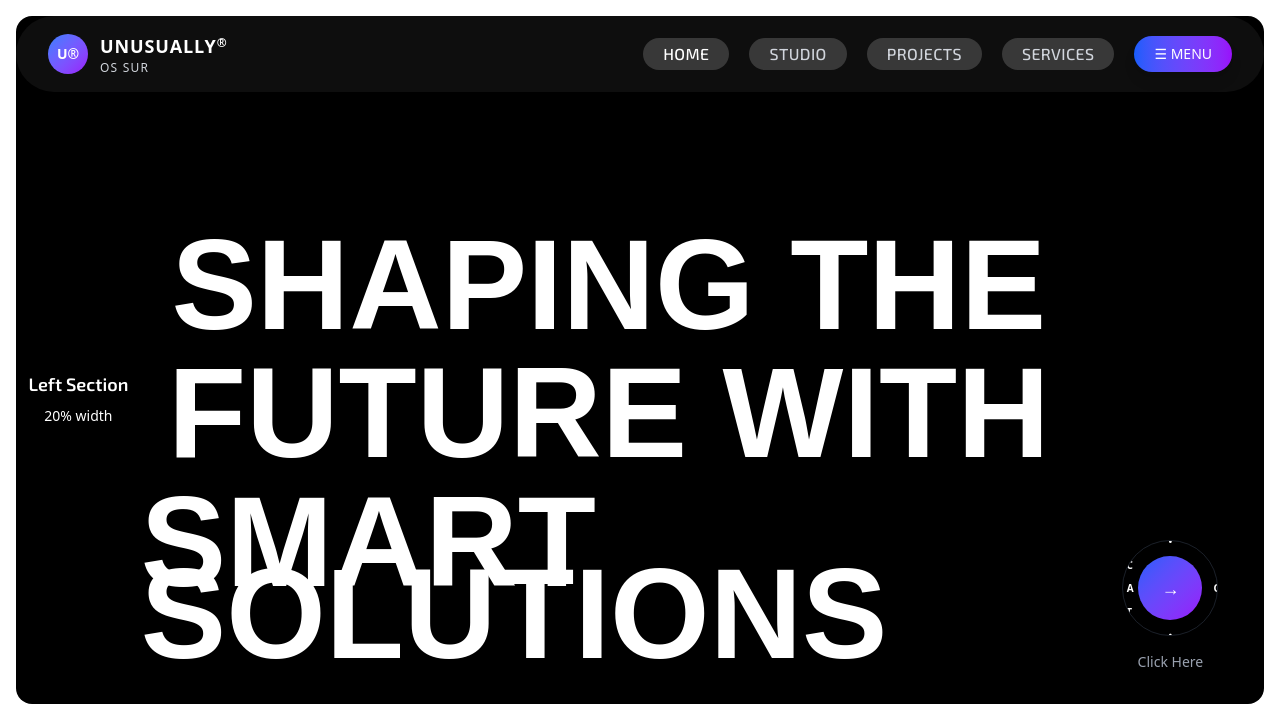
Repository: A-y-u-s-h-29/Digital-Express-India-With-Carrer-Page-And-RazorPay
Page: / (app in op/)
The author's editor kept a copy of each file at every save. The page is drawn from the files as they stood at one save, then again after the next save.
The browser window is 1280 px wide. The pictures show the whole page.
Some web fonts or font styles are not loaded; a fallback is used. The project was rebuilt for these pictures with package versions that can differ from the ones it lists, and the page was loaded fresh each time. Also part of the build but not shown: op/vite.config.js.

Above is the page before, as saved 2025-12-04 14:57:41.

### op/index.html
<!doctype html>
<html lang="en">
  <head>
    <meta charset="UTF-8" />
    <link rel="icon" type="image/svg+xml" href="/vite.svg" />
    <meta name="viewport" content="width=device-width, initial-scale=1.0" />
    <link rel="preconnect" href="https://fonts.googleapis.com">
<link rel="preconnect" href="https://fonts.gstatic.com" crossorigin>
<link href="https://fonts.googleapis.com/css2?family=Alan+Sans:wght@300..900&family=Big+Shoulders:opsz,wght@10..72,100..900&family=Exo+2:ital,wght@0,100..900;1,100..900&family=Montserrat:ital,wght@0,100..900;1,100..900&family=Orbitron:wght@400..900&family=Poppins:ital,wght@0,100;0,200;0,300;0,400;0,500;0,600;0,700;0,800;0,900;1,100;1,200;1,300;1,400;1,500;1,600;1,700;1,800;1,900&family=Rajdhani:wght@300;400;500;600;700&display=swap" rel="stylesheet">
<link rel="preconnect" href="https://fonts.googleapis.com">
<link rel="preconnect" href="https://fonts.gstatic.com" crossorigin>
<link href="https://fonts.googleapis.com/css2?family=Alan+Sans:wght@300..900&family=Big+Shoulders:opsz,wght@10..72,100..900&family=Exo+2:ital,wght@0,100..900;1,100..900&family=Montserrat:ital,wght@0,100..900;1,100..900&family=Orbitron:wght@400..900&family=Poppins:ital,wght@0,100;0,200;0,300;0,400;0,500;0,600;0,700;0,800;0,900;1,100;1,200;1,300;1,400;1,500;1,600;1,700;1,800;1,900&family=Rajdhani:wght@300;400;500;600;700&display=swap" rel="stylesheet">
    <title>op</title>
  </head>
  <body>
    <div id="root"></div>
    <script type="module" src="/src/main.jsx"></script>
  </body>
</html>

### op/src/index.css
@import "tailwindcss";
*{
  box-sizing: border-box;
}
.big {
  font-family: "Big Shoulders", sans-serif;

  font-style: normal;
}
.exo {
  font-family: "Exo 2", sans-serif;

  font-style: normal;
}

### op/src/App.jsx
import React from 'react'
import Home from './components/Home'

function App() {
  return (
   <>
   <Home/>


   </>
  )
}

export default App

### op/src/components/Home.jsx
import React from "react";
import Navbar from "./Navbar";

function Home() {


  return (
    <div className="w-full max-h-screen lg:h-[120vh]  lg:py-4 lg:px-4 ">
      <div
        className="rounded-b-4xl lg:rounded-2xl w-full h-full  flex flex-col relative overflow-hidden bg-black"

      >


        {/* Transparent Navbar */}
        <div className="relative z-20">
          <Navbar />
        </div>

        {/* Three Column Layout */}
        <div className="flex flex-1 relative z-10 text-white ">
          {/* Left Column - 20% width */}
          <div className="w-[10%] flex items-center justify-center">
            <div className="text-white text-center">
              <p className="exo font-semibold text-lg">Left Section</p>
              <p className="text-sm mt-2">20% width</p>
            </div>
          </div>

          {/* Middle Column - 60% width */}
         <div className="w-[75%] flex flex-col justify-center items-center big">
  <div className=" w-full h-full flex flex-col">

    {/* Top Row - 40% height */}
    <div className="h-[40%] flex items-end justify-center pb-4 ">
      <h1 className="text-5xl md:text-9xl leading-tight md:leading-[4.5rem]  font-bold text-white drop-shadow-2xl">
       SHAPING THE
      </h1>
    </div>

    {/* Middle Row - 30% height */}
    <div className="h-[25%] flex items-center justify-center ">
       <h1 className="text-5xl md:text-9xl leading-tight lg:leading-[4.5rem]  font-bold text-white drop-shadow-2xl">
    FUTURE WITH
      </h1>
    </div>

    {/* Bottom Row - 30% height */}
    <div className="h-[35%] flex items-start justify-center pt-4">
      <h1 className="text-5xl md:text-9xl leading-tight lg:leading-[4.5rem]  font-bold text-white drop-shadow-2xl">
      SMART SOLUTIONS
      </h1>
    </div>

  </div>
</div>
          {/* Right Column - 20% width */}
         <div className="w-[15%] flex items-end justify-center pb-8">
  {/* Simple Circular Text Rotate Button */}
  <div className="relative">
    {/* Circular Text Container */}
    <div className="w-24 h-24 rounded-full border border-gray-700/50 overflow-hidden relative group cursor-pointer hover:border-blue-500/50 transition-all duration-500">

      {/* Rotating Text Circle */}
      <div className="absolute inset-0 animate-spin-slow">
        {/* Text arranged in circle */}
        <div className="relative w-full h-full">
          <span className="text-white text-[10px] font-bold absolute top-0 left-1/2 transform -translate-x-1/2 -translate-y-1/2">•</span>
          <span className="text-white text-[10px] font-bold absolute top-1/4 left-full transform -translate-x-1/2 -translate-y-1/2">C</span>
          <span className="text-white text-[10px] font-bold absolute top-1/2 left-full transform -translate-x-1/2 -translate-y-1/2">O</span>
          <span className="text-white text-[10px] font-bold absolute top-3/4 left-full transform -translate-x-1/2 -translate-y-1/2">N</span>
          <span className="text-white text-[10px] font-bold absolute bottom-0 left-1/2 transform -translate-x-1/2 translate-y-1/2">•</span>
          <span className="text-white text-[10px] font-bold absolute top-3/4 left-0 transform translate-x-1/2 -translate-y-1/2">T</span>
          <span className="text-white text-[10px] font-bold absolute top-1/2 left-0 transform translate-x-1/2 -translate-y-1/2">A</span>
          <span className="text-white text-[10px] font-bold absolute top-1/4 left-0 transform translate-x-1/2 -translate-y-1/2">C</span>
        </div>
      </div>

      {/* Center Circle */}
      <div className="absolute inset-0 flex items-center justify-center">
        <div className="w-16 h-16 rounded-full bg-gradient-to-br from-blue-600 to-purple-600 flex items-center justify-center group-hover:from-blue-700 group-hover:to-purple-700 transition-all duration-300">
          <span className="text-white font-bold text-lg">→</span>
        </div>
      </div>
    </div>

    {/* Label Below */}
    <div className="text-center mt-4">
      <p className="text-gray-400 text-sm">Click Here</p>
    </div>
  </div>
</div>
        </div>


      </div>
    </div>
  );
}

export default Home;

### op/src/components/Navbar.jsx
import React, { useState, useRef, useEffect } from 'react';
import { gsap } from 'gsap';

function Navbar({ isHomePage = false }) {
  const [isMenuOpen, setIsMenuOpen] = useState(false);
  const menuOverlayRef = useRef(null);
  const mobileMenuRef = useRef(null);

  // Menu items data for the menu overlay
  const menuOverlayItems = [
    { title: 'HOME', number: '01' },
    { title: 'ABOUT', number: '02' },
    { title: 'PROJECTS', number: '03' },
    { title: 'SERVICES', number: '04' },

  ];

  // Menu items for navbar links
  const navMenuItems = [
    { title: 'HOME', color: 'from-blue-500 to-cyan-400' },
    { title: 'STUDIO', color: 'from-purple-500 to-pink-500' },
    { title: 'PROJECTS', color: 'from-green-500 to-emerald-400' },
    { title: 'SERVICES', color: 'from-yellow-500 to-orange-500' },
    { title: 'ABOUT', color: 'from-red-500 to-rose-400' },
    { title: 'CONTACT', color: 'from-indigo-500 to-blue-400' },
  ];

  // Initialize menu as hidden
  useEffect(() => {
    if (menuOverlayRef.current) {
      menuOverlayRef.current.style.display = 'none';
    }
  }, []);

  const handleMenuClick = () => {
    const wasOpen = isMenuOpen;
    setIsMenuOpen(!wasOpen);

    if (!wasOpen) {
      // OPEN MENU ANIMATION - bottom-right से slide in
      if (menuOverlayRef.current) {
        menuOverlayRef.current.style.display = 'flex';

        // Get the menu container
        const menuContainer = menuOverlayRef.current.querySelector('.relative');

        if (menuContainer) {
          // Initial position - off screen bottom-right
          gsap.set(menuContainer, {
            x: '100%',
            y: '100%',
            opacity: 0,
            scale: 0.9,
            transformOrigin: 'bottom right'
          });

          // Animate to position
          gsap.to(menuContainer, {
            x: 0,
            y: 0,
            opacity: 1,
            scale: 1,
            duration: 0.8,
            ease: 'expo.out'
          });

          // Background fade in
          gsap.fromTo(menuOverlayRef.current,
            { opacity: 0 },
            { opacity: 1, duration: 0.4 }
          );

          // Menu items animation (from bottom)
          const menuItems = menuContainer.querySelectorAll('.menu-item');
          gsap.fromTo(menuItems,
            {
              opacity: 0,
              y: 40
            },
            {
              opacity: 1,
              y: 0,
              duration: 0.6,
              stagger: 0.1,
              delay: 0.3,
              ease: 'power3.out'
            }
          );

          // Close button animation
          const closeBtn = menuContainer.querySelector('.close-btn');
          if (closeBtn) {
            gsap.fromTo(closeBtn,
              { opacity: 0, rotation: -45 },
              { opacity: 1, rotation: 0, duration: 0.5, delay: 0.8 }
            );
          }
        }
      }

      // Mobile menu animation
      if (mobileMenuRef.current) {
        gsap.fromTo(
          mobileMenuRef.current,
          { height: 0, opacity: 0 },
          { height: 'auto', opacity: 1, duration: 0.4 }
        );
      }
    } else {
      // CLOSE MENU ANIMATION - bottom-right को slide out
      if (menuOverlayRef.current) {
        const menuContainer = menuOverlayRef.current.querySelector('.relative');

        if (menuContainer) {
          // Menu items exit
          const menuItems = menuContainer.querySelectorAll('.menu-item');
          gsap.to(menuItems,
            {
              opacity: 0,
              y: 20,
              duration: 0.3,
              stagger: 0.05,
              ease: 'power2.in'
            }
          );

          // Close button exit
          const closeBtn = menuContainer.querySelector('.close-btn');
          if (closeBtn) {
            gsap.to(closeBtn, {
              opacity: 0,
              rotation: 45,
              duration: 0.3
            });
          }

          // Menu container slide out to bottom-right
          gsap.to(menuContainer, {
            x: '100%',
            y: '100%',
            opacity: 0,
            scale: 0.9,
            duration: 0.6,
            ease: 'expo.in',
            onComplete: () => {
              if (menuOverlayRef.current) {
                menuOverlayRef.current.style.display = 'none';
              }
            }
          });

          // Background fade out
          gsap.to(menuOverlayRef.current, {
            opacity: 0,
            duration: 0.4
          });
        }
      }

      // Mobile menu exit animation
      if (mobileMenuRef.current) {
        gsap.to(mobileMenuRef.current, {
          height: 0,
          opacity: 0,
          duration: 0.3
        });
      }
    }
  };

  return (
    <>
      {/* Main Navbar */}
      <nav
        className={`w-full px-6 py-4 lg:px-8 lg:py-4 ${isHomePage ? 'bg-transparent' : 'bg-[#0E0E0E]'} rounded-full relative z-50`}
      >
        <div className="flex items-center justify-between">
          {/* Logo/Brand Section */}
          <div className="flex items-center">
            <div className="w-10 h-10 rounded-full bg-gradient-to-br from-blue-500 to-purple-600 flex items-center justify-center mr-3">
              <span className="text-white font-bold text-sm">U®</span>
            </div>
            <div className="flex flex-col">
              <span className="text-white font-bold text-lg tracking-wider">UNUSUALLY<sup className="text-xs">®</sup></span>
              <span className="text-gray-300 text-xs tracking-widest">OS SUR</span>
            </div>
          </div>

          <div className='flex items-center gap-5'>
            {/* Desktop Navigation Links */}
            <div className="hidden md:flex items-center space-x-5 exo text-md">
              {navMenuItems.slice(0, 4).map((item, index) => (
                <a
                  key={index}
                  href="#"
                  className={`text-gray-300 font-medium tracking-wide hover:text-white transition-colors duration-300 bg-[#383838] px-5 py-1 rounded-full ${item.title === 'HOME' ? 'text-white' : ''}`}
                >
                  {item.title}
                </a>
              ))}
            </div>

            {/* Menu Button */}
            <button
              onClick={handleMenuClick}
              className="px-5 py-2 bg-gradient-to-r from-blue-600 to-purple-600 text-white text-sm font-medium rounded-full hover:from-blue-700 hover:to-purple-700 transition-all duration-300 shadow-lg hover:shadow-xl relative z-50"
            >
              {isMenuOpen ? '✕ CLOSE' : '☰ MENU'}
            </button>

            {/* Mobile Menu Button (Hamburger) */}
            <button
              onClick={handleMenuClick}
              className="ml-4 md:hidden relative z-50"
            >
              <div className={`w-6 h-0.5 bg-white mb-1.5 transition-all duration-300 ${isMenuOpen ? 'rotate-45 translate-y-2' : ''}`}></div>
              <div className={`w-6 h-0.5 bg-white mb-1.5 transition-all duration-300 ${isMenuOpen ? 'opacity-0' : ''}`}></div>
              <div className={`w-6 h-0.5 bg-white transition-all duration-300 ${isMenuOpen ? '-rotate-45 -translate-y-2' : ''}`}></div>
            </button>
          </div>
        </div>

        {/* Mobile Menu Dropdown */}
        <div
          ref={mobileMenuRef}
          className="md:hidden mt-4 pt-4 border-t border-gray-800 overflow-hidden"
          style={{ height: '0px' }}
        >
          <div className="flex flex-col space-y-4">
            {navMenuItems.map((item, index) => (
              <a
                key={index}
                href="#"
                className={`text-gray-300 font-medium py-2 hover:text-white transition-colors ${item.title === 'HOME' ? 'text-white' : ''}`}
              >
                {item.title}
              </a>
            ))}
          </div>
        </div>
      </nav>

      {/* Fullscreen Menu Overlay */}
      <div
        ref={menuOverlayRef}
        className="fixed inset-0  z-40 hidden items-end justify-end px-4 rounded-2xl "
      >
        {/* Menu Container - Image के according simple design */}
        <div
          className="relative h-[70vh] w-[45vw] bg-white  rounded-4xl overflow-hidden shadow-2xl transform-gpu "
          style={{
            transformOrigin: 'bottom right'
          }}
        >
          {/* Simple Header with Brand */}
          <div className="absolute top-8 left-8">
            <div className="flex items-center space-x-3">

              <div>

              </div>
            </div>
          </div>



          {/* Main Content Area - Center aligned like image */}
          <div className="h-full flex flex-col justify-center items-center px-12 ">
            {/* Menu Items - Single Column, Large text like image */}
            <div className="w-full  space-y-2">
              {menuOverlayItems.map((item, index) => (
                <a
                  key={index}
                  href="#"
                  className="menu-item group relative block w-full"
                >
                  <div className="flex items-center justify-between">
                    {/* Title - Left side */}
                    <div className="relative overflow-hidden p-0.5">
                      <h3 className="text-black font-extrabold text-5xl lg:text-7xl  exo tracking-tight opacity-90 group-hover:opacity-100 transition-all duration-500">
                        {item.title}
                      </h3>
                      {/* Underline animation */}

                    </div>

                    {/* Number in parentheses - Right side */}
                    <div className="text-gray-500 text-3xl lg:text-4xl font-light group-hover:text-white transition-colors duration-500">
                      ({item.number})
                    </div>
                  </div>
                </a>
              ))}
            </div>


          </div>


        </div>
      </div>
    </>
  );
}

export default Navbar;

Loaded but not shown: op/src/main.jsx (common file)

After the next save:
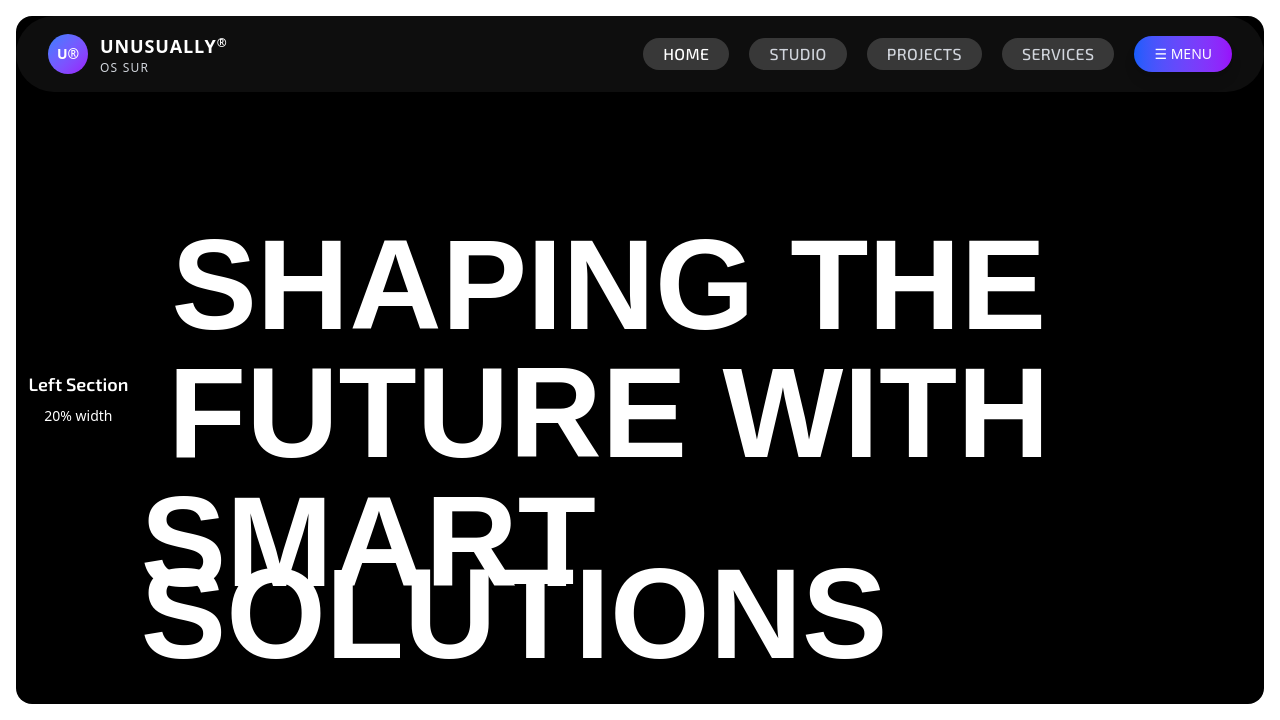
Saved 87 s later.
--- a/op/src/components/Home.jsx
+++ b/op/src/components/Home.jsx
@@ -55,41 +55,7 @@ function Home() {
   </div>
 </div>
           {/* Right Column - 20% width */}
-         <div className="w-[15%] flex items-end justify-center pb-8">
-  {/* Simple Circular Text Rotate Button */}
-  <div className="relative">
-    {/* Circular Text Container */}
-    <div className="w-24 h-24 rounded-full border border-gray-700/50 overflow-hidden relative group cursor-pointer hover:border-blue-500/50 transition-all duration-500">
 
-      {/* Rotating Text Circle */}
-      <div className="absolute inset-0 animate-spin-slow">
-        {/* Text arranged in circle */}
-        <div className="relative w-full h-full">
-          <span className="text-white text-[10px] font-bold absolute top-0 left-1/2 transform -translate-x-1/2 -translate-y-1/2">•</span>
-          <span className="text-white text-[10px] font-bold absolute top-1/4 left-full transform -translate-x-1/2 -translate-y-1/2">C</span>
-          <span className="text-white text-[10px] font-bold absolute top-1/2 left-full transform -translate-x-1/2 -translate-y-1/2">O</span>
-          <span className="text-white text-[10px] font-bold absolute top-3/4 left-full transform -translate-x-1/2 -translate-y-1/2">N</span>
-          <span className="text-white text-[10px] font-bold absolute bottom-0 left-1/2 transform -translate-x-1/2 translate-y-1/2">•</span>
-          <span className="text-white text-[10px] font-bold absolute top-3/4 left-0 transform translate-x-1/2 -translate-y-1/2">T</span>
-          <span className="text-white text-[10px] font-bold absolute top-1/2 left-0 transform translate-x-1/2 -translate-y-1/2">A</span>
-          <span className="text-white text-[10px] font-bold absolute top-1/4 left-0 transform translate-x-1/2 -translate-y-1/2">C</span>
-        </div>
-      </div>
-
-      {/* Center Circle */}
-      <div className="absolute inset-0 flex items-center justify-center">
-        <div className="w-16 h-16 rounded-full bg-gradient-to-br from-blue-600 to-purple-600 flex items-center justify-center group-hover:from-blue-700 group-hover:to-purple-700 transition-all duration-300">
-          <span className="text-white font-bold text-lg">→</span>
-        </div>
-      </div>
-    </div>
-
-    {/* Label Below */}
-    <div className="text-center mt-4">
-      <p className="text-gray-400 text-sm">Click Here</p>
-    </div>
-  </div>
-</div>
         </div>
 
 
